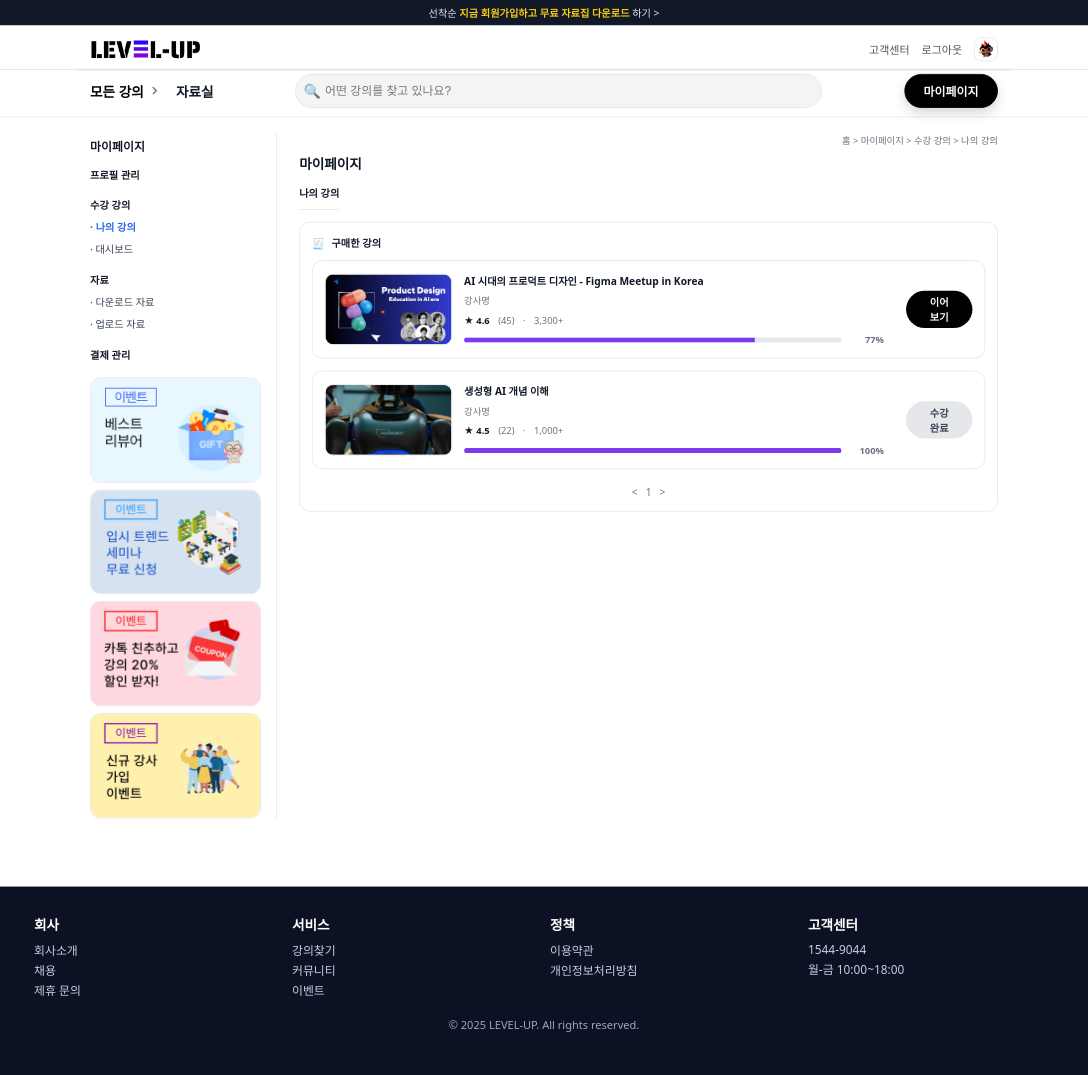
Repository: Iimchaehoon/level_up
Page: mypage.html
An editor plug-in stored every save of this project. The page is shown before and after the next save, followed by the edit.
The browser window is 1280 px wide. The pictures show the whole page, at 85% of full size.

Above is the page before, as saved 2025-12-16 23:29:00.

After the next save:
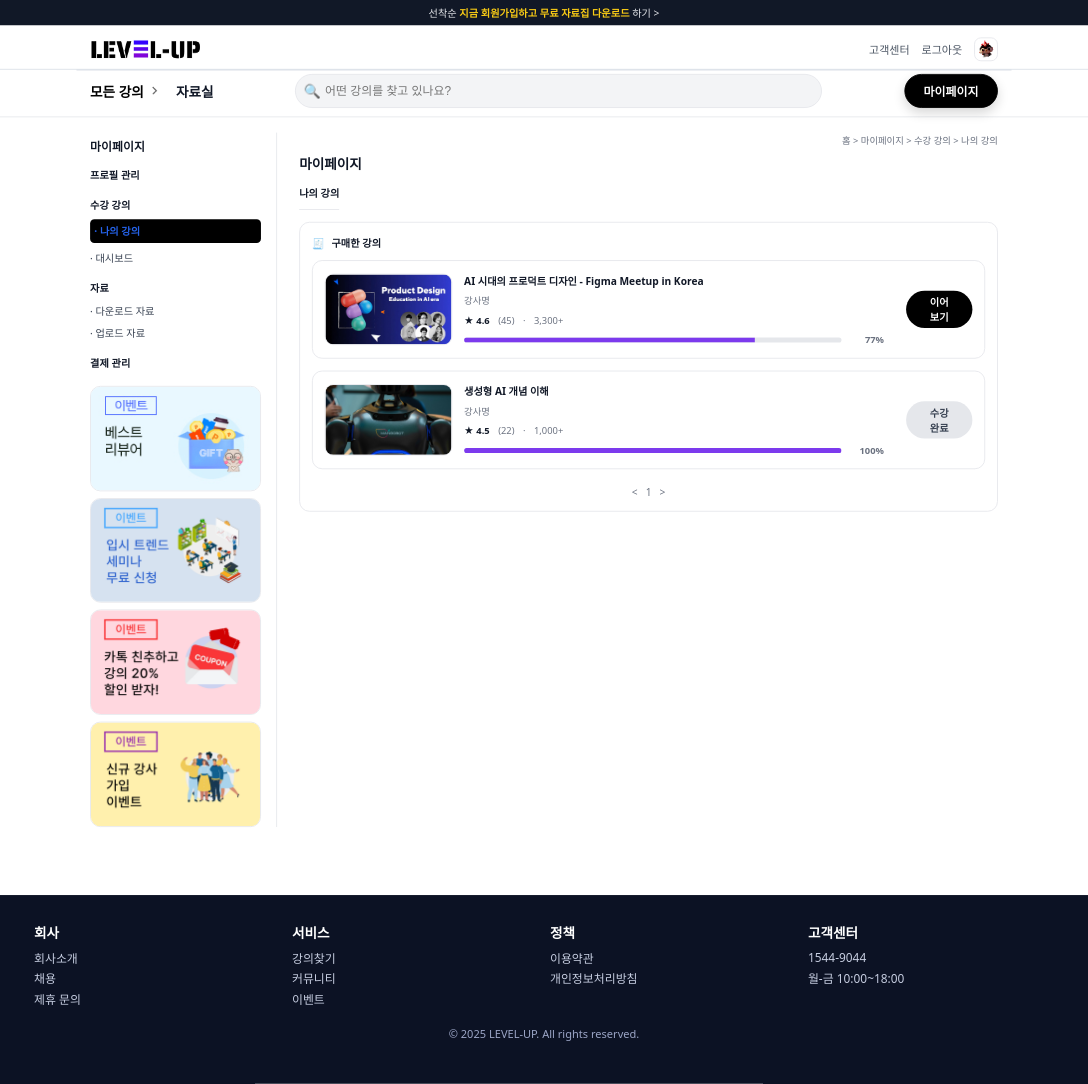
Saved 3 min 30 s later.
--- a/mypage.html
+++ b/mypage.html
@@ -164,7 +164,7 @@
     .side__group h4{ margin:0 0 8px; font-size:12px; font-weight:900; color:var(--black); }
     .side__links{ display:flex; flex-direction:column; gap:8px; font-size:12px; }
     .side__links a{ color:var(--gray-700); }
-    .side__links a.active{ color:var(--primary); font-weight:900; }
+    .side__links a.active{padding: 5px; color: white; background: black; color:var(--primary); font-weight:900; border-radius: 5px;}
 
     /* ✅ 광고(lecture/img5~img8) — 꽉 차게 */
     .side__cards    {
